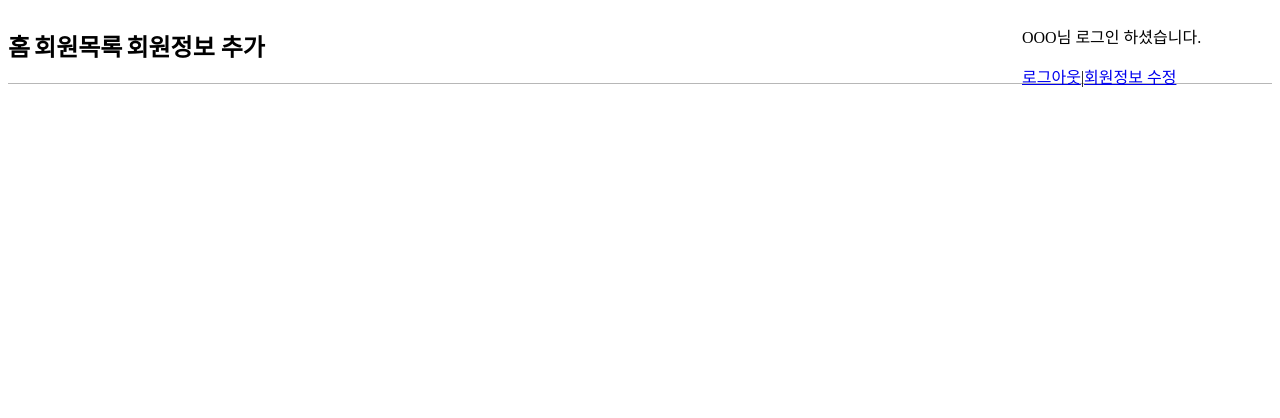
Repository: cdnwell/Jsp
Page: http://localhost/MemberProject/main.jsp
An editor plug-in stored every save of this project. The page is shown before and after the next save, followed by the edit.
The browser window is 1280 px wide. The pictures show the whole page.
The page is served by Tomcat 9. Other server files are loaded and not shown.

Above is the page before, as saved 2022-07-05 06:41:54.

### MemberProject/src/main/webapp/main.jsp
<%@ page language="java" contentType="text/html; charset=UTF-8"
    pageEncoding="UTF-8"%>
<!DOCTYPE html>
<html>
<head>
<meta charset="UTF-8">
<title>Insert title here</title>
<style>
	.login_box{
		width:250px;
		float : right;
	}
	.main_menu{
		width:100%;
		border-bottom : 1px solid #b7b7b7;
		top : 300px;
	}
	h2{
		display : inline-block;
	}
</style>
</head>
<body>
	<div class="login_box">
		<p>OOO님 로그인 하셨습니다.</p>
		<p><a href="logout.do">로그아웃</a>|<a href="#">회원정보 수정</a></p>
	</div>
	<div class="main_menu">
		<h2>홈</h2>
		<h2>회원목록</h2>
		<h2>회원정보 추가</h2>
	</div>
</body>
</html>

After the next save:
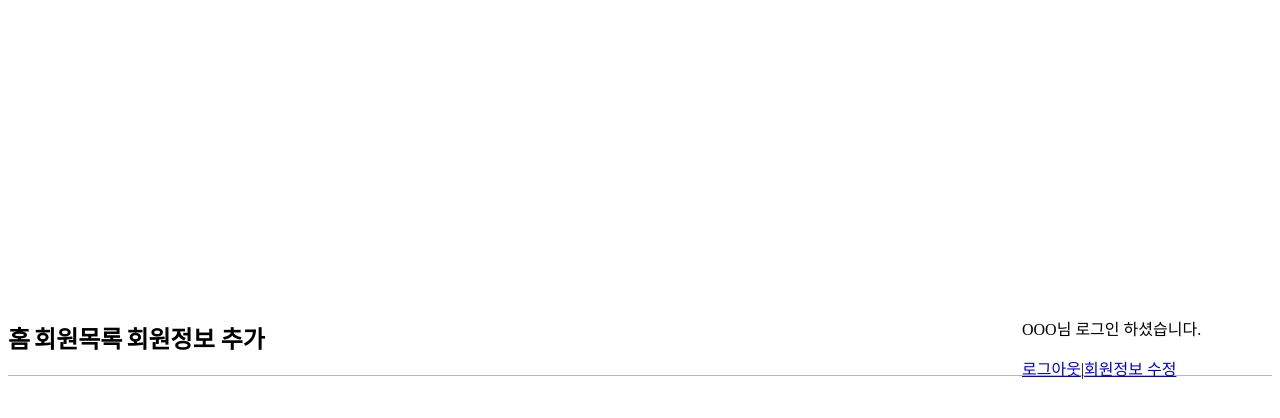
Saved 28 s later.
--- a/MemberProject/src/main/webapp/main.jsp
+++ b/MemberProject/src/main/webapp/main.jsp
@@ -13,7 +13,7 @@
 	.main_menu{
 		width:100%;
 		border-bottom : 1px solid #b7b7b7;
-		top : 300px;
+		margin-top : 300px;
 	}
 	h2{
 		display : inline-block;

After the 3 saves that followed:
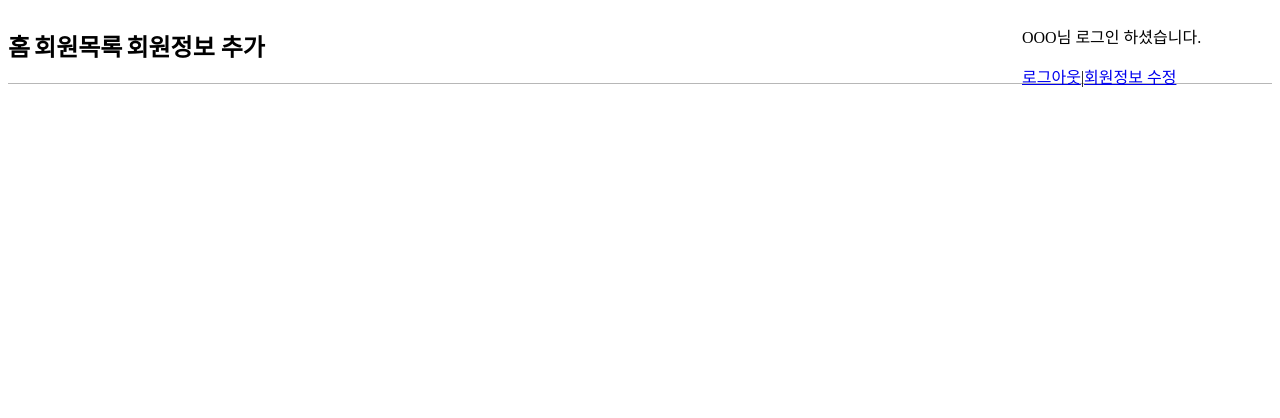
The 3 saves are shown as one change because 2 left the picture as it was.
The last was saved 53 s later.
--- a/MemberProject/src/main/webapp/main.jsp
+++ b/MemberProject/src/main/webapp/main.jsp
@@ -6,6 +6,9 @@
 <meta charset="UTF-8">
 <title>Insert title here</title>
 <style>
+	.container{
+		width : 100%;
+	}
 	.login_box{
 		width:250px;
 		float : right;
@@ -13,7 +16,6 @@
 	.main_menu{
 		width:100%;
 		border-bottom : 1px solid #b7b7b7;
-		margin-top : 300px;
 	}
 	h2{
 		display : inline-block;
@@ -21,6 +23,7 @@
 </style>
 </head>
 <body>
+	<div class="container">
 	<div class="login_box">
 		<p>OOO님 로그인 하셨습니다.</p>
 		<p><a href="logout.do">로그아웃</a>|<a href="#">회원정보 수정</a></p>
@@ -30,5 +33,6 @@
 		<h2>회원목록</h2>
 		<h2>회원정보 추가</h2>
 	</div>
+	</div>
 </body>
 </html>
